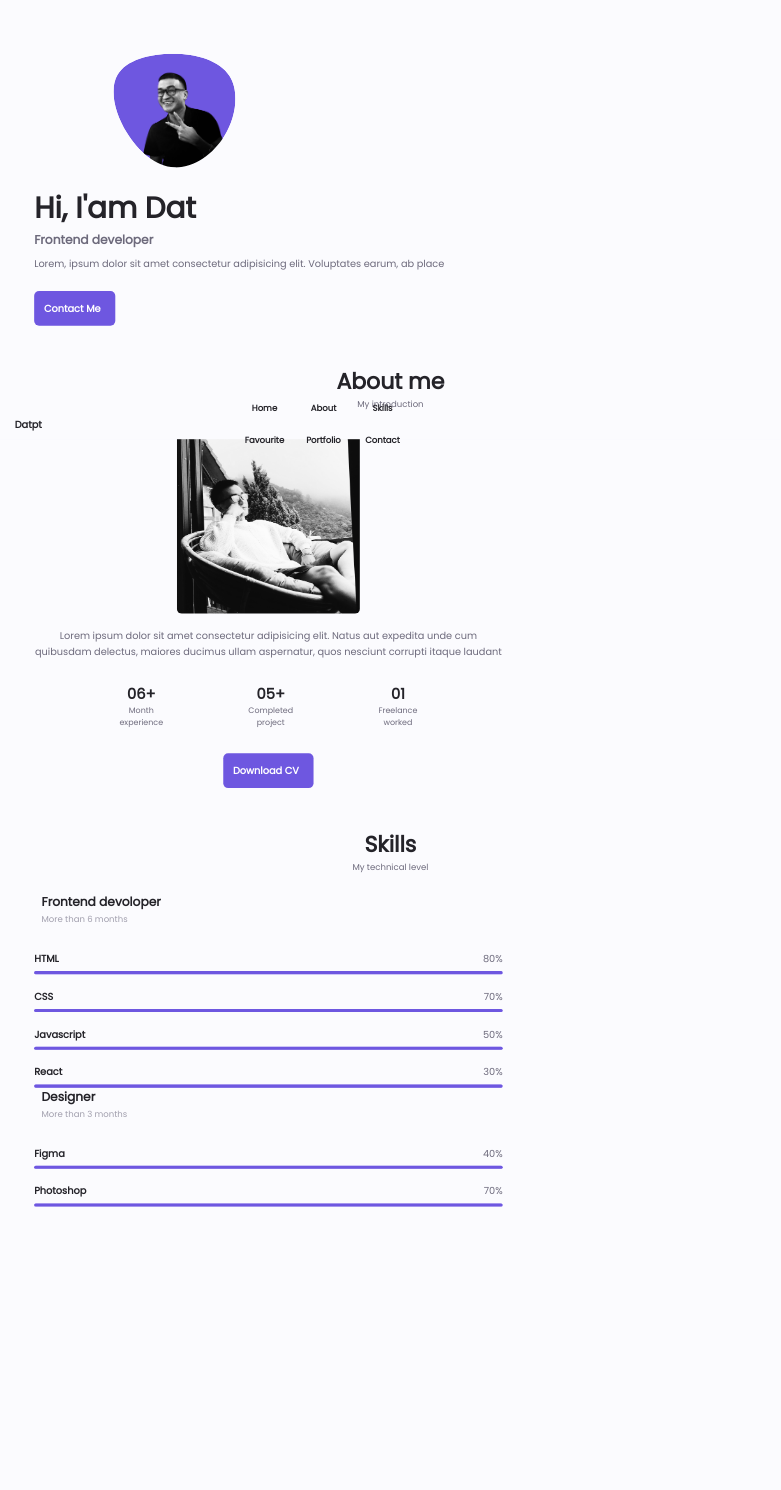
Repository: Datt21/portfolio
Page: index.html
An editor plug-in stored every save of this project. The page is shown before and after the next save, followed by the edit.
The browser window is 1280 px wide. The pictures show the whole page, at 61% of full size.
Some icons come from a web library that is not loaded, so they are not drawn.

Above is the page before, as saved 2021-07-10 17:28:17.

### index.html
<!DOCTYPE html>
<html lang="en">
<head>
    <meta charset="UTF-8">
    <meta http-equiv="X-UA-Compatible" content="IE=edge">
    <meta name="viewport" content="width=device-width, initial-scale=1.0">
    <!--============= ICONS ================  -->
    <link rel="stylesheet" href="https://unicons.iconscout.com/release/v4.0.0/css/line.css">

    <!-- ============= SWIPER CSS =============== -->
    <link rel="stylesheet" href="">

    <!-- =============== CSS ========================= -->
    <link rel="stylesheet" href="./Css/style.css">

    <title>Portfolio</title>
</head>
<body>
    <!--============================ HEADER ============================ -->
    <header class="header" id="header">
        <nav class="nav container">
            <a href="#" class="nav__logo">Datpt</a>

            <div class="nav__menu" id="nav-menu">
                <ul class="nav__list grid">
                    <li class="nav__item">
                        <a href="#home" class="nav__link">
                            <i class="uil uil-estate nav__icon"></i>Home
                        </a>
                    </li>
                    <li class="nav__item">
                        <a href="#about" class="nav__link">
                            <i class="uil uil-user nav__icon"></i>About
                        </a>
                    </li>
                    <li class="nav__item">
                        <a href="#skills" class="nav__link">
                            <i class="uil uil-file-alt nav__icon"></i>Skills
                        </a>
                    </li>
                    <li class="nav__item">
                        <a href="#fovourite" class="nav__link">
                            <i class="uil uil-books nav__icon"></i>Favourite
                        </a>
                    </li>
                    <li class="nav__item">
                        <a href="#portfolio" class="nav__link">
                            <i class="uil uil-scenery nav__icon"></i>Portfolio
                        </a>
                    </li>
                    <li class="nav__item">
                        <a href="#contact" class="nav__link">
                            <i class="uil uil-message nav__icon"></i>Contact
                        </a>
                    </li>
                </ul>
                <i class="uil uil-times nav__close" id="nav-close"></i>
            </div>

            <div class="nav__btns">
                <div class="nav__toggle" id="nav-toggle">
                    <i class="uil uil-apps"></i>
                </div>
            </div>
        </nav>
    </header>

     <!--==================== MAIN ====================-->
     <main class="main">
        <!--==================== HOME ====================-->
        <section class="home section" id="home">
            <div class="home__container container grid">
                <div class="home__content grid">
                    <div class="home__social">
                        <a href="https://www.facebook.com/profile.php?id=100043830603950" target="_blank" class="home__social-icon">
                            <i class="uil uil-facebook"></i>
                        </a>
                        <a href="https://t.me/datpt21" target="_blank" class="home__social-icon">
                            <i class="uil uil-telegram-alt"></i>
                        </a>
                        <a href="https://github.com/Datt21" target="_blank" class="home__social-icon">
                            <i class="uil uil-github-alt"></i>
                        </a>
                    </div>

                    <div class="home__img">
                        <svg class="home__blob" viewBox="0 0 200 187" xmlns="http://www.w3.org/2000/svg" xmlns:xlink="http://www.w3.org/1999/xlink">
                            <mask id="mask0" mask-type="alpha">
                                <path d="M190.312 36.4879C206.582 62.1187 201.309 102.826 182.328 134.186C163.346 165.547
                                130.807 187.559 100.226 186.353C69.6454 185.297 41.0228 161.023 21.7403 129.362C2.45775
                                97.8511 -7.48481 59.1033 6.67581 34.5279C20.9871 10.1032 59.7028 -0.149132 97.9666
                                0.00163737C136.23 0.303176 174.193 10.857 190.312 36.4879Z"/>
                            </mask>
                            <g mask="url(#mask0)">
                                <path d="M190.312 36.4879C206.582 62.1187 201.309 102.826 182.328 134.186C163.346
                                165.547 130.807 187.559 100.226 186.353C69.6454 185.297 41.0228 161.023 21.7403
                                129.362C2.45775 97.8511 -7.48481 59.1033 6.67581 34.5279C20.9871 10.1032 59.7028
                                -0.149132 97.9666 0.00163737C136.23 0.303176 174.193 10.857 190.312 36.4879Z"/>

                                <image class="home_blob-img" x='12' y='18 'xlink:href="./images/me.png"/>
                            </g>
                        </svg>

                    </div>

                    <div class="home__data">
                        <h1 class="home__title">Hi, I'am Dat</h1>
                        <h3 class="home_subtitle">Frontend developer</h3>
                        <p class="home_description">Lorem, ipsum dolor sit amet consectetur adipisicing elit.
                            Voluptates earum, ab place</p>
                        <a href="#contact" class="button button--flex">
                            Contact Me<i class="uil uil-message button__icon"></i>
                        </a>
                    </div>
                </div>

                <div class="home_scroll">
                    <a href="#about" class="home__scroll-button button--flex">
                        <i class="uil uil-mouse-alt-2 home__scroll-mouse"></i>
                        <span class="home__scroll-name">Scroll down</span>
                        <i class="uil uil-arrow-down home__scroll-arrow"></i>
                    </a>
                </div>
            </div>
        </section>

        <!--==================== ABOUT ====================-->
        <section class="about section" id="about">
            <h2 class="section__title">About me</h2>
            <span class="section__subtitle">My introduction</span>

            <div class="about__container container grid">
                <img src="./images/me2.jpg" alt="" class="about__img">

                <div class="about-data">
                    <p class="about-decription">Lorem ipsum dolor sit amet consectetur adipisicing elit.
                        Natus aut expedita unde cum quibusdam delectus, maiores ducimus ullam aspernatur, quos nesciunt corrupti itaque laudant</p>

                    <div class="about__info">
                        <div>
                            <span class="about__info-title">06+</span>
                            <span class="about__info-name">Month <br> experience</span>
                        </div>
                        <div>
                            <span class="about__info-title">05+</span>
                            <span class="about__info-name">Completed <br> project</span>
                        </div>
                        <div>
                            <span class="about__info-title">01</span>
                            <span class="about__info-name">Freelance <br> worked</span>
                        </div>
                    </div>

                    <div class="about__buttons">
                        <a download="" href="./pdf/LeTienDat_CV.pdf" class="button button--flex">
                            Download CV <i class="uil uil-download-alt button__icon"></i>
                        </a>
                    </div>
                </div>
            </div>


        </section>

        <!--==================== SKILLS ====================-->
        <section class="skills section" id="skills">
            <h2 class="section__title">Skills</h2>
            <span class="section__subtitle">My technical level</span>

            <div class="skills__container container grid">
                <div>
                    <!-- skill 1 -->
                    <div class="skills__content">
                        <div class="skills__header">
                            <i class="uil uil-brackets-curly skills__icon"></i>

                            <div>
                                <h1 class="skills__title">Frontend devoloper</h1>
                                <span class="skills__subtitle">More than 6 months</span>
                            </div>
                            <i class="uil uil-angle-down skills__arrow"></i>
                        </div>

                        <div class="skills__list grid">
                            <div class="skills__data">
                                <div class="skills__titles">
                                    <h3 class="skills__name">HTML</h3>
                                    <span class="skills__number">80%</span>
                                </div>
                                <div class="skills__bar">
                                    <span class="skills__percentage skills__html"></span>
                                </div>
                            </div>

                            <div class="skills__data">
                                <div class="skills__titles">
                                    <h3 class="skills__name">CSS</h3>
                                    <span class="skills__number">70%</span>
                                </div>
                                <div class="skills__bar">
                                    <span class="skills__percentage skills__css"></span>
                                </div>
                            </div>

                            <div class="skills__data">
                                <div class="skills__titles">
                                    <h3 class="skills__name">Javascript</h3>
                                    <span class="skills__number">50%</span>
                                </div>
                                <div class="skills__bar">
                                    <span class="skills__percentage skills__js"></span>
                                </div>
                            </div>

                            <div class="skills__data">
                                <div class="skills__titles">
                                    <h3 class="skills__name">React</h3>
                                    <span class="skills__number">30%</span>
                                </div>
                                <div class="skills__bar">
                                    <span class="skills__percentage skills__react"></span>
                                </div>
                            </div>
                        </div>
                    </div>

                    <!-- skill 2 -->
                    <div class="skills__content">
                        <div class="skills__header">
                            <i class="uil uil-swatchbook skills__icon"></i>

                            <div>
                                <h1 class="skills__title">Designer</h1>
                                <span class="skills__subtitle">More than 3 months</span>
                            </div>
                            <i class="uil uil-angle-down skills__arrow"></i>
                        </div>

                        <div class="skills__list grid">
                            <div class="skills__data">
                                <div class="skills__titles">
                                    <h3 class="skills__name">Figma</h3>
                                    <span class="skills__number">40%</span>
                                </div>
                                <div class="skills__bar">
                                    <span class="skills__percentage skills__html"></span>
                                </div>
                            </div>

                            <div class="skills__data">
                                <div class="skills__titles">
                                    <h3 class="skills__name">Photoshop</h3>
                                    <span class="skills__number">70%</span>
                                </div>
                                <div class="skills__bar">
                                    <span class="skills__percentage skills__css"></span>
                                </div>
                            </div>

                        </div>
                    </div>
                </div>
            </div>


        </section>

        <!--==================== QUALIFICATION ====================-->
        <section class="qualification section">


        </section>

        <!--==================== SERVICES ====================-->
        <section class="services section" id="services">


        </section>

        <!--==================== PORTFOLIO ====================-->
        <section class="portfolio section" id="portfolio">


        </section>

        <!--==================== PROJECT IN MIND ====================-->
        <section class="project section">


        </section>

        <!--==================== TESTIMONIAL ====================-->
        <section class="testimonial section">


        </section>

        <!--==================== CONTACT ME ====================-->
        <section class="contact section" id="contact">


        </section>
    </main>

    <!--==================== FOOTER ====================-->
    <footer class="footer">


    </footer>

    <!--==================== SCROLL TOP ====================-->


    <!--==================== SWIPER JS ====================-->
    <script src=""></script>

    <!-- =================== JS ======================= -->
    <script src="./JS/main.js"></script>
</body>
</html>

### Css/style.css
/* ========================= GOOGLE FONTS ========================= */
@import url('https://fonts.googleapis.com/css2?family=Poppins&display=swap');

/*========================= VARIABLES CSS ==========================*/
:root{
    --header-height: 3rem;

    /* ---COLORS----- */
    --hue-color: 250;
    --first-color: hsl(var(--hue-color), 69%, 61%);
    --first-color-second: hsl(var(--hue-color), 69%, 61%);
    --first-color-alt: hsl(var(--hue-color), 57%, 53%);
    --first-color-lighter: hsl(var(--hue-color), 92%, 85%);
    --title-color:hsl(var(--hue-color), 8%, 15%);
    --text-color: hsl(var(--hue-color), 8%, 45%);
    --text-color-light: hsl(var(--hue-color), 8%, 65%);
    --input-color: hsl(var(--hue-color), 70%, 96%);
    --body-color: hsl(var(--hue-color), 60%, 99%);
    --container-color: #fff;

    /* --- FONT & SIZES */
    --body-font: 'Poppins', sans-serif;

    --font-semi-bold: 700;
    --font-medium: 600;

    --big-font-size: 2rem;
    --h1-font-size: 1.5rem;
    --h2-font-size: 1.25rem;
    --h3-font-size: 1.125rem;
    --normal-font-size: .938rem;
    --small-font-size: .813rem;
    --smaller-font-size: .75rem;

    /* --- MARGIN BOTTOM */
    --mb-0-25: .25rem;
    --mb-0-5: .5rem;
    --mb-0-75: .75rem;
    --mb-1: 1rem;
    --mb-1-5: 1.5rem;
    --mb-2: 2rem;
    --mb-2-5: 2.5rem;
    --mb-3: 3rem;

    /* Z INDEX */
    --z-tooltip: 10;
    --z-fixed: 100;
    --z-modal: 1000;

}

/* Font size for large devices */
@media screen and (min-width: 968px){
    :root {
        --big-font-size: 3rem;
        --h1-font-size: 2.25rem;
        --h2-font-size: 1.5rem;
        --h3-font-size: 1.25rem;
        --normal-font-size: 1rem;
        --small-font-size: .875rem;
        --smaller-font-size: .813rem;
    }

}

/*====================== Variables Dark Theme ===================  */

/*====================== Button Dark/Light  ===================  */

/*====================== BASE ========================= */
*{
    box-sizing: border-box;
    padding: 0;
    margin: 0;
}

html{
    scroll-behavior: smooth;
}

body{
    margin: 0 0 var(--header-height) 0;
    font-family: var(--body-font);
    font-size: var(--normal-font-size);
    background-color: var(--body-color);
    color: var(--text-color);
}

h1,h2,h3,h4{
    color: var(--title-color);
    font-weight: var(--font-semi-bold)
}

ul{
    list-style: none;
}

a{
    text-decoration: none;
}

img{
    max-width: 100%;
    height: auto;
}

/*========================= set section - css classes ====================  */
.section{
    padding: 2rem;
}

.section__title{
    font-size: var(--h1-font-size);
}

.section__subtitle{
    display: block;
    font-size: var(--small-font-size);
    margin-bottom: var(--mb-2);
}

.section__title,
.section__subtitle{
    text-align: center;
}

/* ===================== LAYOUT ============================== */
.container{
    max-width: 768px;
    margin-left: var(--mb-1-5);
    margin-right: var(--mb-1-5);
}

.grid{
    display: grid;
    gap: 1.5rem;
}

.header{
    width: 100%;
    position: fixed;
    bottom: 0;
    left: 0;
    z-index: var(--z-fixed);
    background-color: var(--body-color);
}

/* ===================== NAV ==================== */
.nav{
    max-width: 968px;
    height: var(--header-height);
    display: flex;
    justify-content:space-between;
    align-items: center;
}

.nav__logo,
.nav__toggle{
    color: var(--title-color);
    font-weight: var(--font-medium);
}

.nav__logo:hover{
    color: var(--first-color);
}

.nav__toggle{
    font-size: 1.1rem;
    cursor: pointer;
}

.nav__toggle:hover{
    color: var(--first-color);
}

@media screen and (max-width: 767px) {
    .nav__menu{
        position: fixed;
        bottom: -100%;
        left: 0;
        width: 100%;
        background-color: var(--body-color);
        padding: 2rem 1.5rem 4rem;
        box-shadow: 0 -1px 4px rgb(0,0,0, .15 );
        border-radius: 1.5rem 1.5rem 0 0;
        transition:0.3s;
    }
}

.nav__list{
    grid-template-columns: repeat(3,1fr);
    gap: 2rem;
}

.nav__link{
    display: flex;
    flex-direction: column;
    align-items: center;
    font-size: var(--small-font-size);
    color: var(--title-color);
    font-weight: var(--font-medium);
}

.nav__link:hover{
    color: var(--first-color);
}

.nav__icon{
    font-size: 1.2rem;
}

.nav__close{
    position: absolute;
    right: 1.3rem;
    bottom: .5rem;
    font-size: 1.5rem;
    cursor: pointer;
    color: var(--first-color);
}

.nav__close:hover{
    color: var(--first-color-alt);
}

/* -----show menu ---------- */
.show-menu{
    bottom: 0;
}

/*==================== HOME ====================*/
.home__container{
    gap: 1rem;
}

.home__content{
    grid-template-columns: .5fr 3fr;
    padding-top: 3.5rem;
    align-items: center;
}

.home__social{
    display: grid;
    grid-template-columns: max-content;
    row-gap: 1rem;
}

.home__social-icon{
    font-size: 1.25rem;
    color: var(--first-color);
}

.home__social-icon:hover{
    color: var(--first-color-alt);
    transform: scale(1.2);
}

.home__blob{
    width: 200px;
    fill: var(--first-color);
}

.home_blob-img{
    width: 170px;
}

.home__data{
    grid-column: 1/3;
}

.home__title{
    font-size: var(--big-font-size);
}

.home_subtitle{
    font-size: var(--h3-font-size);
    color: var(--text-color);
    font-weight: var(--font-medium);
    margin-bottom: var(--mb-0-75);
}

.home_description{
    margin-bottom: var(--mb-2);
}

.home_scroll{
    display: none;
}

.home__scroll-button{
    color: var(--first-color);
    transition: 0.3s;
}

.home__scroll-button:hover{
    transform: translateY(0.25rem);
}

.home__scroll-mouse{
    font-size: 2rem;
}

.home__scroll-name{
    font-size: var(--small-font-size);
    color: var(--title-color);
    font-weight: var(--font-medium);
    margin-right: var(--mb-0-25);
}

.home__scroll-arrow{
    font-size: 1.25rem;
}

/*==================== BUTTONS ====================*/
.button{
    display: inline-block;
    background-color: var(--first-color);
    color: #fff;
    padding: 1rem;
    border-radius: .5rem;
    font-weight: var(--font-medium);
}

.button:hover{
    background-color: var(--first-color-alt);
}

.button__icon{
    font-size: 1.25rem;
    margin-left: var(--mb-0-5);
    transition: 0.3s;
}

.button--flex{
    display: inline-flex;
    align-items: center;
}



/*==================== ABOUT ====================*/
.about__img{
    border-radius: .5rem;
    width: 300px;
    justify-self: center;
    align-self: center;
    height: 300px;
    object-fit: cover;
}

.about-decription{
    text-align: center;
    margin-bottom: var(--mb-2-5);
}

.about__info{
    display: flex;
    justify-content: space-evenly;
    margin-bottom: var(--mb-2-5);
}

.about__info-title{
    font-size: var(--h2-font-size);
    font-weight: var(--font-semi-bold);
    color: var(--title-color);
}

.about__info-name{
    font-size: var(--smaller-font-size);
}

.about__info-title,
.about__info-name{
    display: block;
    text-align: center;
}

.about__buttons{
    display: flex;
    justify-content: center;
}

/*==================== SKILLS ====================*/
.skills__container{
    row-gap: 0;
}

.skills__header{
    display: flex;
    align-items: center;
    margin-bottom: var(--mb-2-5);
    cursor: pointer;
}

.skills__icon,
.skills__arrow{
    font-size: 2rem;
    color: var(--first-color);
}

.skills__icon{
    margin-right: var(--mb-0-75);
}

.skills__title{
    font-size: var(--h3-font-size);
}

.skills__subtitle{
    font-size: var(--small-font-size);
    color: var(--text-color-light);
}

.skills__arrow{
    margin-left: auto;
    transition: .4s;
}

.skills__titles{
    display: flex;
    justify-content: space-between;
    margin-bottom: var(--mb-0-5);
}

.skills__name{
    font-size: var(--normal-font-size);
    font-weight: var(--font-medium);
}

.skills__bar,
.skills__percentage{
    height: 5px;
    border-radius: .25rem;
}

.skills__bar{
    background: var(--first-color-lighter);
}

.skills__percentage{
    display: block;
    background-color: var(--first-color);
}
/*==================== QUALIFICATION ====================*/


/*==================== SERVICES ====================*/


/* Active Modal */


/*==================== PORTFOLIO ====================*/


/*==================== PROJECT IN MIND ====================*/


/*==================== TESTIMONIAL ====================*/


/*==================== CONTACT ME ====================*/


/*==================== FOOTER ====================*/


/*========== SCROLL UP ==========*/


/* Show scroll */


/*========== SCROLL BAR ==========*/


/*==================== MEDIA QUERIES ====================*/
/* For small devices */


/* For medium devices */


/* For large devices */

Loaded but not shown: JS/main.js (56 lines, source omitted)

After the next save:
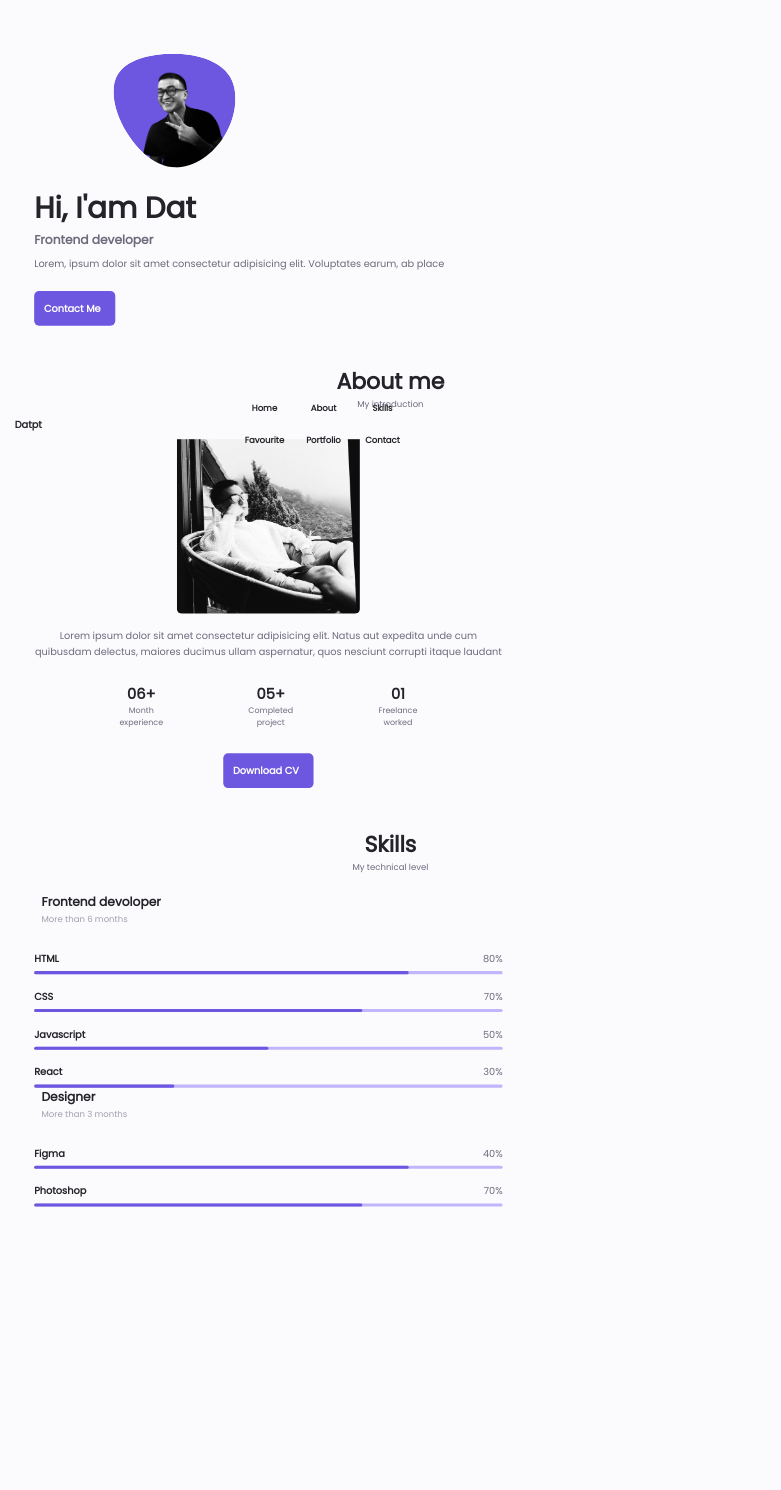
Saved 60 s later.
--- a/Css/style.css
+++ b/Css/style.css
@@ -440,6 +440,22 @@ img{
     display: block;
     background-color: var(--first-color);
 }
+
+.skills__html{
+    width: 80%;
+}
+
+.skills__css{
+    width: 70%;
+}
+
+.skills__js{
+    width: 50%;
+}
+
+.skills__react{
+    width: 30%;
+}
 /*==================== QUALIFICATION ====================*/
 
 
